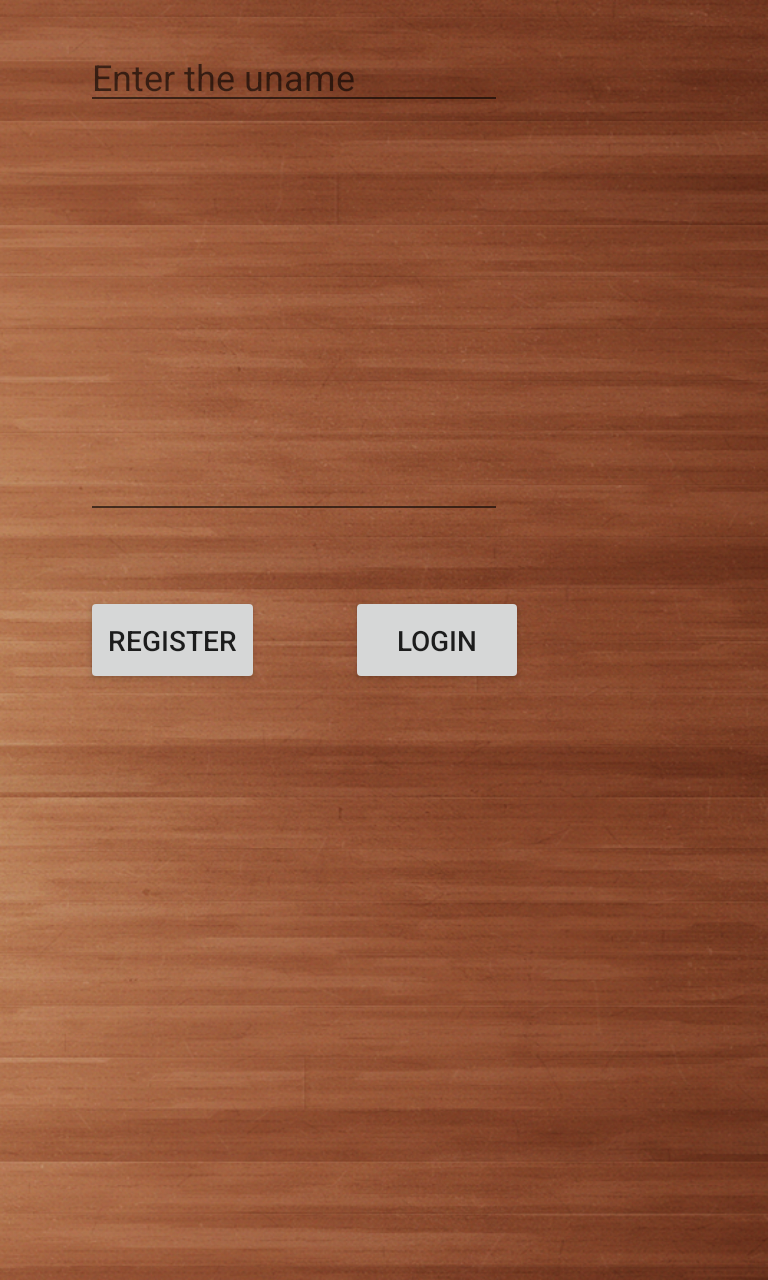
Repository: vipinvkamara/layouts
Layout: RegistrationForm/res/layout/activity_login.xml
An editor plug-in stored every save of this project. The layout is shown before and after the next save, followed by the edit.
It is drawn on a 768 x 1280 px phone screen (xhdpi) without system bars, with theme AppTheme; the app's code is not run.

Above is the layout before, as saved 2014-12-16 23:52:43.

After the next save:
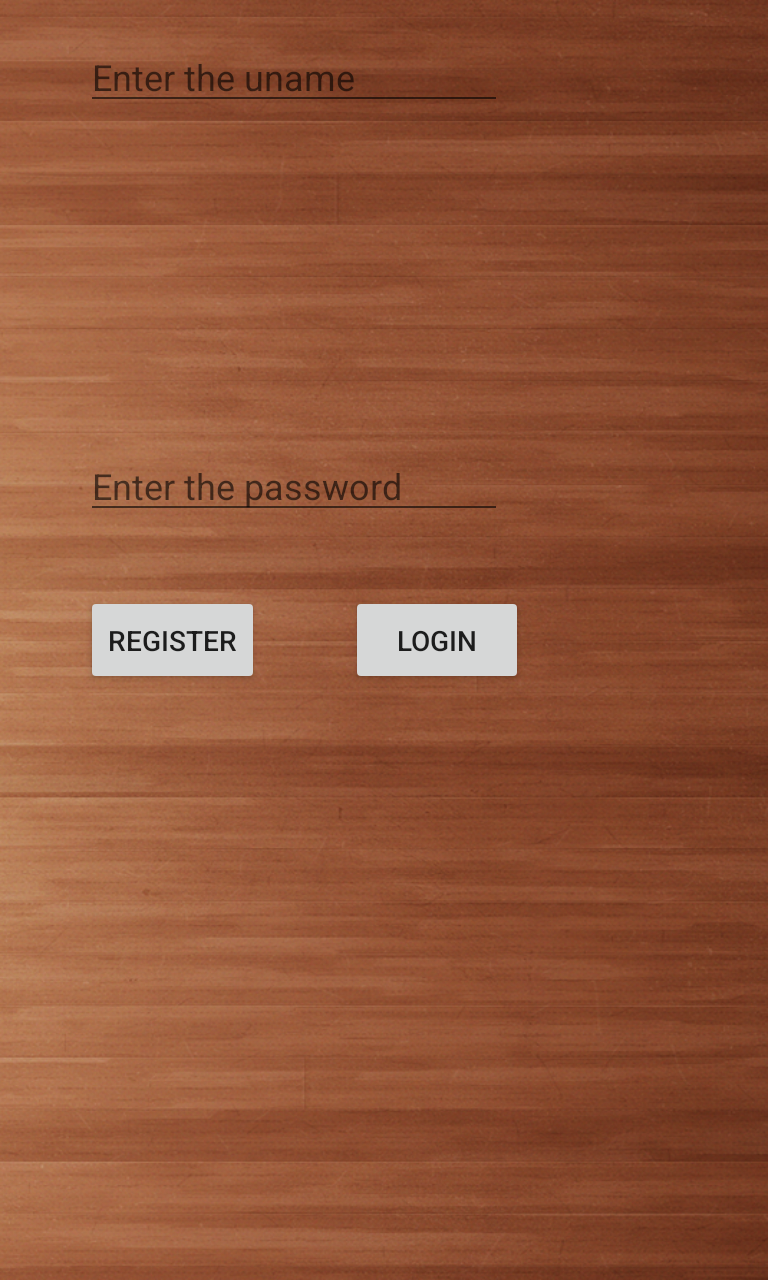
Saved 34 s later.
--- a/RegistrationForm/res/layout/activity_login.xml
+++ b/RegistrationForm/res/layout/activity_login.xml
@@ -43,6 +43,7 @@
         android:id="@+id/txtpasword"
         android:layout_width="wrap_content"
         android:layout_height="wrap_content"
+        android:hint="Enter the password"
         android:layout_above="@+id/button2"
         android:layout_alignLeft="@+id/button1"
         android:layout_marginBottom="34dp"
